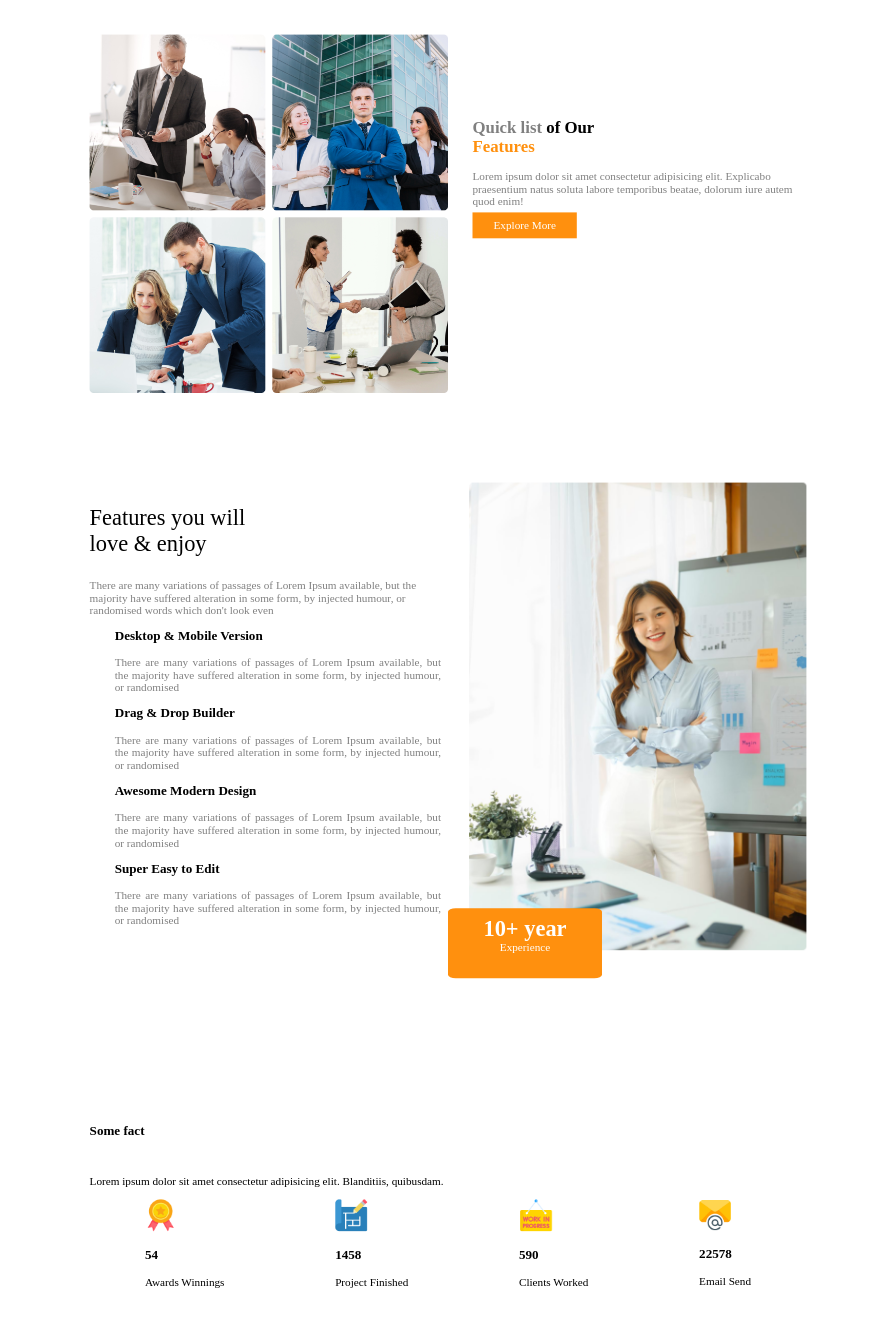
Repository: sadiaafsana138/Architect
Page: index.html
These files come from the project's save history. The page is drawn as it stood at one moment and after the next save; the edit follows.
The browser window is 1280 px wide. The pictures show the part of the page from y = 1029 to 2949 px (the page is 2949 px tall before and 2923 px after), at 70% of full size.

Above is the page before, as saved 2023-01-16 18:04:01.

After the next save:
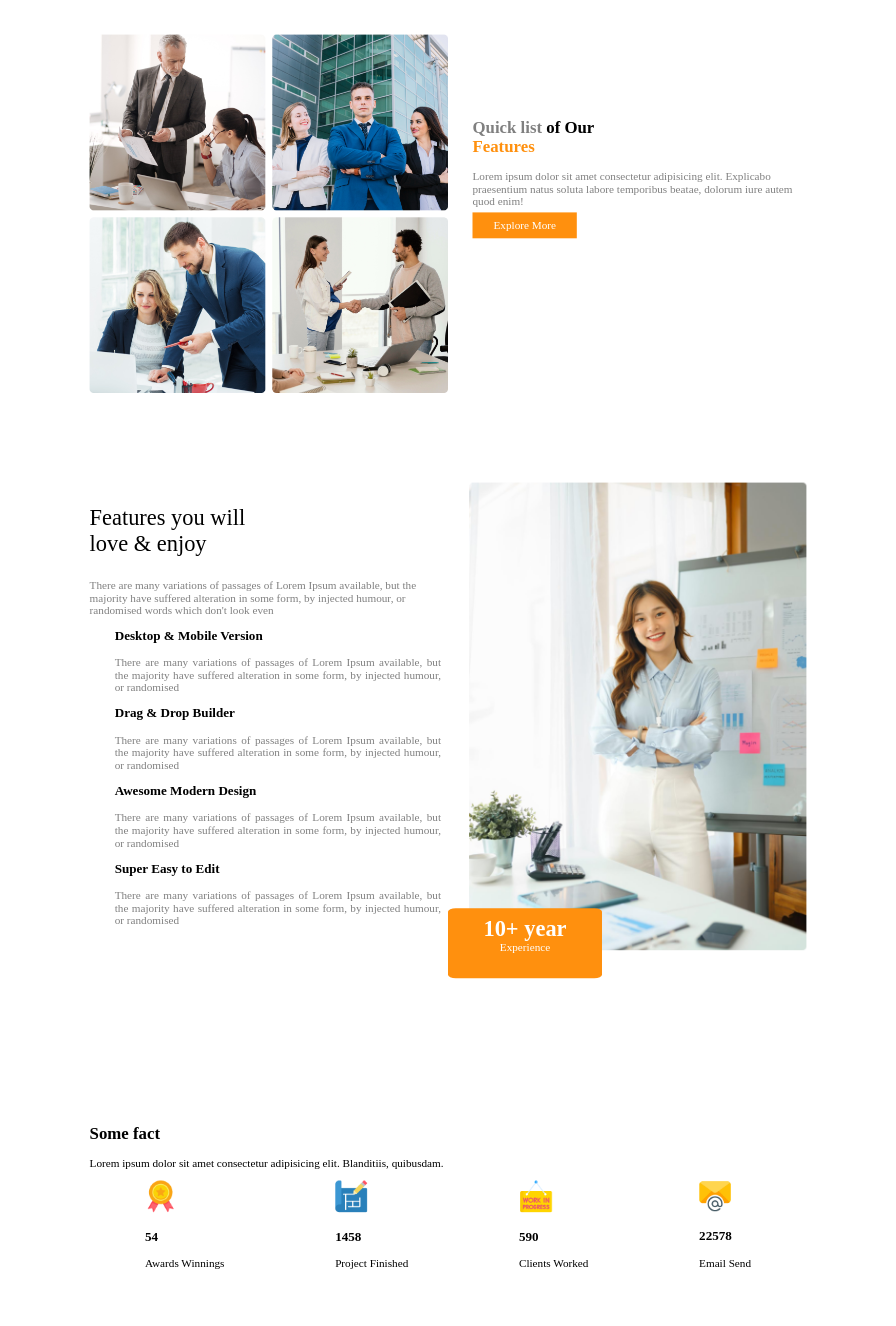
Saved 21 s later.
--- a/index.html
+++ b/index.html
@@ -117,9 +117,9 @@
   <!--section-4 Some Facts-->
   <section class="section-4">
     <div>
-      <h3>
+      <h2>
         Some fact
-      </h3><br>
+      </h2>
       <p classs="sp1">
         Lorem ipsum dolor sit amet consectetur adipisicing elit. Blanditiis, quibusdam.
 
